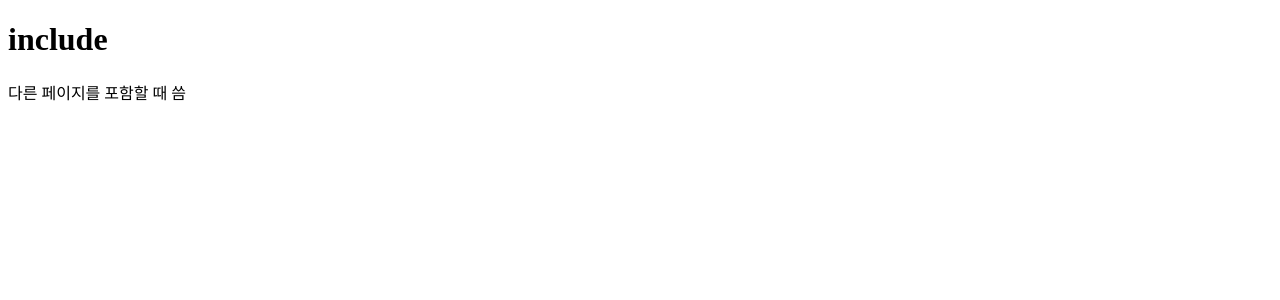
Repository: rlaehqkf/java_practice
Page: http://localhost/ActionProject/include.do
An editor plug-in stored every save of this project. The page is shown before and after the next save, followed by the edit.
The browser window is 1280 px wide. The pictures show the whole page.
The page is served by Tomcat 9. Other server files are loaded and not shown.

Above is the page before, as saved 2026-05-06 07:43:54.

### ActionProject/src/main/webapp/WEB-INF/views/include.jsp
<%@ page language="java" contentType="text/html; charset=UTF-8"
    pageEncoding="UTF-8"%>
<!DOCTYPE html>
<html>
<head>
<meta charset="UTF-8">
<title>포함</title>
</head>
<body>

	<h1>include</h1>

	<p>
		다른 페이지를 포함할 때 씀
	</p>

	<%-- 정적컴파일 방식 ( 컴파일 시점에 jsp를 포함 시킴)
	<%@ include file="footer.jsp" %>
	<%@ include file="footer.jsp" %>
	--%>



</body>
</html>

### ActionProject/src/main/java/com/kh/el/controller/includeController.java
package com.kh.el.controller;

import java.io.IOException;
import javax.servlet.ServletException;
import javax.servlet.annotation.WebServlet;
import javax.servlet.http.HttpServlet;
import javax.servlet.http.HttpServletRequest;
import javax.servlet.http.HttpServletResponse;

/**
 * Servlet implementation class includeController
 */
@WebServlet("/include.do")
public class includeController extends HttpServlet {
	private static final long serialVersionUID = 1L;


    public includeController() {
        super();
        // TODO Auto-generated constructor stub
    }


	protected void doGet(HttpServletRequest request, HttpServletResponse response) throws ServletException, IOException {

		// 1. 값 뽑기 -> 가공
		// 2. 요청처리
		// 3. 결과값 반환 / 응답화면 지정

		request.getRequestDispatcher("/WEB-INF/views/include.jsp").forward(request, response);

	}


	protected void doPost(HttpServletRequest request, HttpServletResponse response) throws ServletException, IOException {

		doGet(request, response);
	}

}

After the next save:
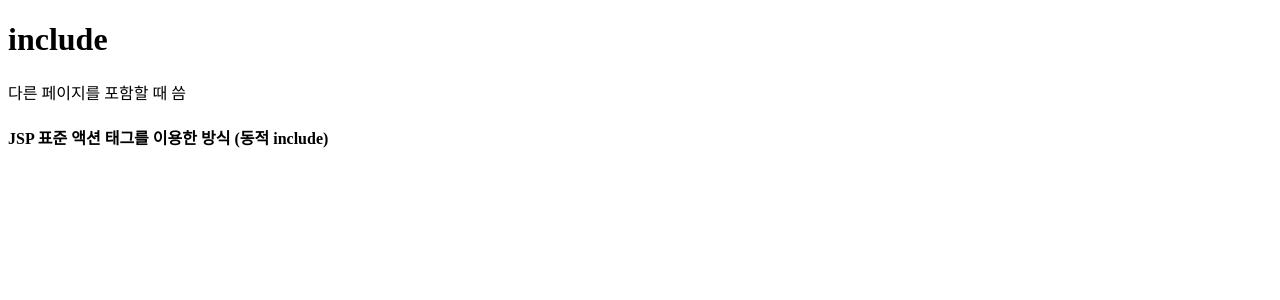
Saved 41 s later.
--- a/ActionProject/src/main/webapp/WEB-INF/views/include.jsp
+++ b/ActionProject/src/main/webapp/WEB-INF/views/include.jsp
@@ -20,6 +20,8 @@
 	--%>
 
 
+	<h4>JSP 표준 액션 태그를 이용한 방식 (동적 include)</h4>
+
 
 </body>
 </html>
